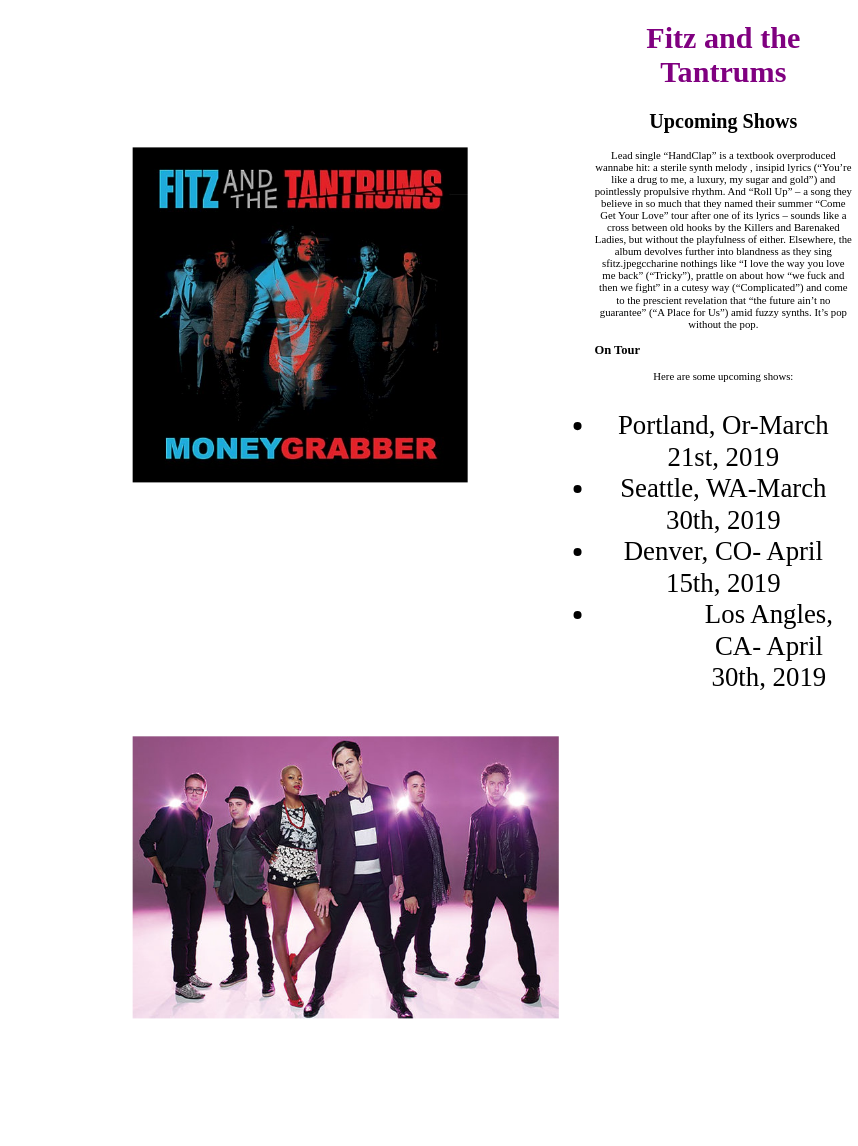
Repository: fieldceleste/Best-Vacation
Page: Desktop/favorite-band/favorite-band.html
The author's editor kept a copy of each file at every save. The page is drawn from the files as they stood at one save, then again after the next save.
The browser window is 1280 px wide. The pictures show the whole page, at 67% of full size.

Above is the page before, as saved 2019-10-28 18:06:56.

### Desktop/favorite-band/favorite-band.html
<!DOCTYPE html>
<html>
<head>
  <link href="css/styles.css" rel="stylesheet" type="text/css">

    <title>Best Bands Coming to Town</title>
    <body>
        <img class=".img" src="img/moneygrabber.jpeg" alt="picture of album cover">
        <h1>Fitz and the Tantrums</h1>
        <h2>Upcoming Shows</h2>
        <p>
        <img class="img" src="img/fitz.jpeg" alt="picture of fitz and the tantrums">
        </p>
        <p>
            Lead single “HandClap” is a textbook
            overproduced wannabe hit: a sterile synth melody
            , insipid lyrics (“You’re like a drug to me, a
            luxury, my sugar and gold”) and pointlessly propulsive
            rhythm. And “Roll Up” – a song they believe in so much
            that they named their summer “Come Get Your Love” tour
            after one of its lyrics – sounds like a cross between
            old hooks by the Killers and Barenaked Ladies, but without
            the playfulness of either. Elsewhere, the album devolves
            further into blandness as they sing sfitz.jpegccharine nothings
            like “I love the way you love me back” (“Tricky”), prattle
            on about how “we fuck and then we fight” in a cutesy way
            (“Complicated”) and come to the prescient revelation that
            “the future ain’t no guarantee” (“A Place for Us”) amid fuzzy
            synths. It’s pop without the pop.

        </p>
        <div class="special">
        <h3>On Tour</h3>
        <p>Here are some upcoming shows:</p>
        <p>
        <ul>
            <li>Portland, Or-March 21st, 2019</li>
            <li>Seattle, WA-March 30th, 2019</li>
            <li>Denver, CO- April 15th, 2019</li>
            <li>Los Angles, CA- April 30th, 2019</li>
        </ul>
        </p>
       </div>
       </body>


</head>
</html>

### Desktop/favorite-band/css/styles.css
h1 {
    text-align: center;
    font-size: 45px;
    color: purple
}
h2 {
     font-size:30px;
     text-align: center;

}

ul.special {
   margin: 10px;
   border: 3px solid red;
   padding: 4px;
   background-color: lightsalmon;
   box-sizing: content-box;
   width: 400px;
   height: 700px;


}

p {
    text-align: center;

}
img {
    float: left;
    padding: 15%;

}


ul {
    text-align: right;
    text-align: center;
    font-size: 40px;
}
.img {

    float:left ;
    padding:

}

After the next save:
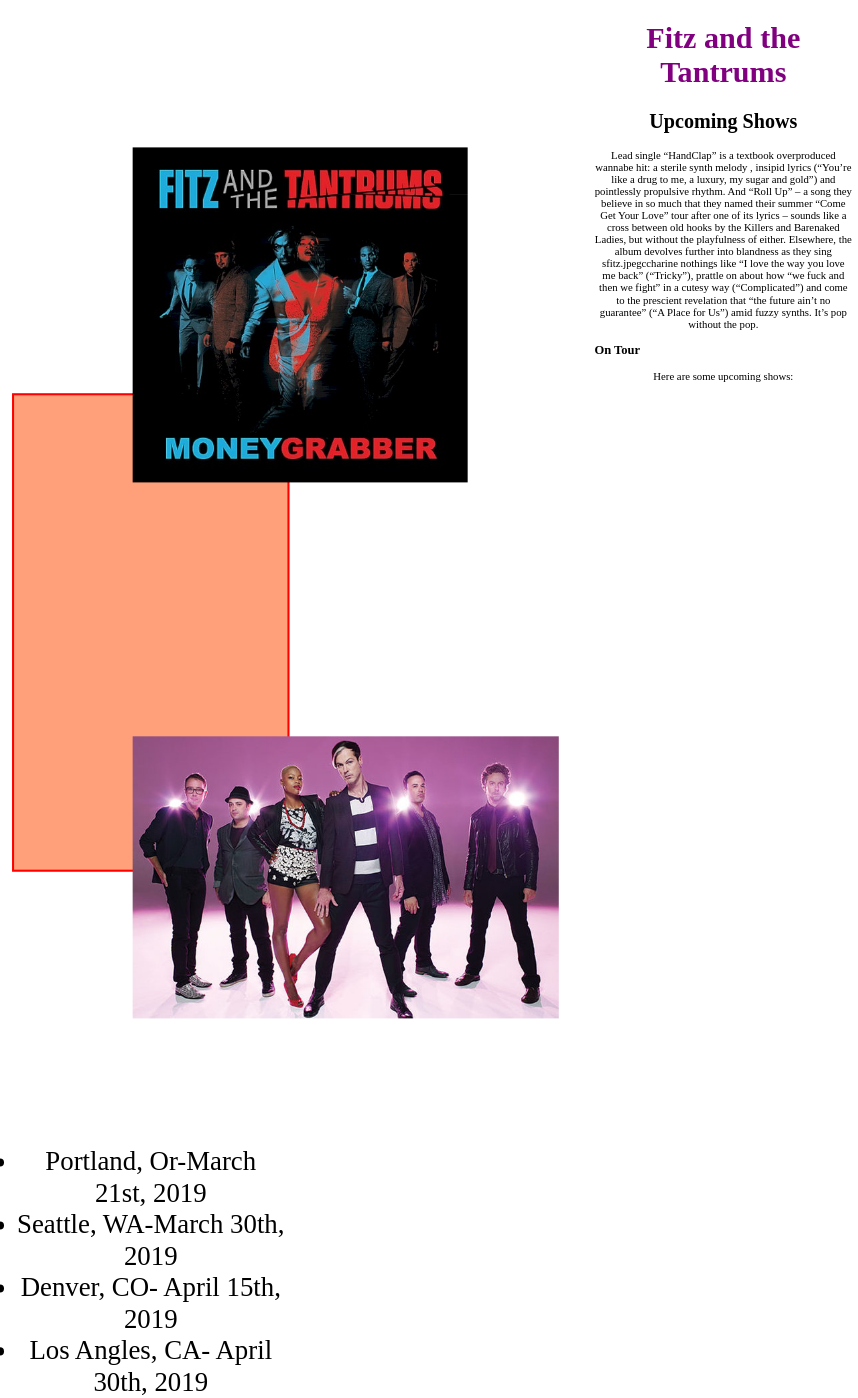
Saved 39 s later.
--- a/Desktop/favorite-band/favorite-band.html
+++ b/Desktop/favorite-band/favorite-band.html
@@ -29,11 +29,11 @@
             synths. It’s pop without the pop.
 
         </p>
-        <div class="special">
+
         <h3>On Tour</h3>
         <p>Here are some upcoming shows:</p>
         <p>
-        <ul>
+        <ul class="special">
             <li>Portland, Or-March 21st, 2019</li>
             <li>Seattle, WA-March 30th, 2019</li>
             <li>Denver, CO- April 15th, 2019</li>
